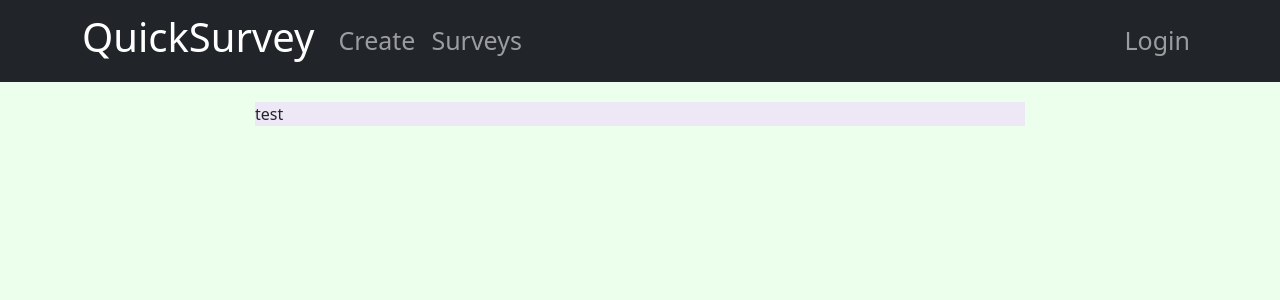
Repository: cakuang1/QuickSurveyReact
Page: /create (app in frontend/)
These files come from the project's save history. The page is drawn as it stood at one moment and after the next save; the edit follows.
The browser window is 1280 px wide. The pictures show the whole page.
The project was rebuilt for these pictures with package versions that can differ from the ones it lists, and the page was loaded fresh each time. Also part of the build but not shown: frontend/src/index.css, frontend/src/pages/home/home.js, frontend/src/pages/pastsurveys/pastsurveys.js, frontend/src/pages/login/login.js, frontend/src/pages/register/register.js.

Above is the page before, as saved 2022-07-29 03:09:56.

After the next save:
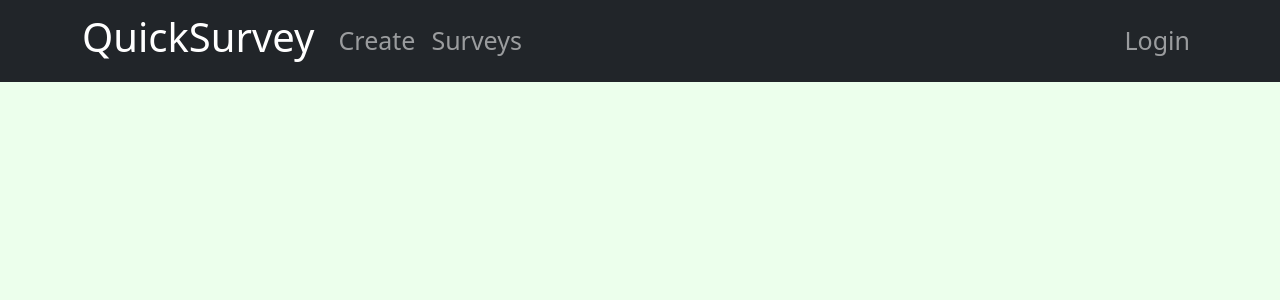
Saved 5 s later.
--- a/frontend/src/pages/create/create.js
+++ b/frontend/src/pages/create/create.js
@@ -22,7 +22,7 @@ export default function Create(){
   return (
     <div className='outsidecontainer'>
       <div className='titlecontainer'>
-        test
+
 
       </div>
 
